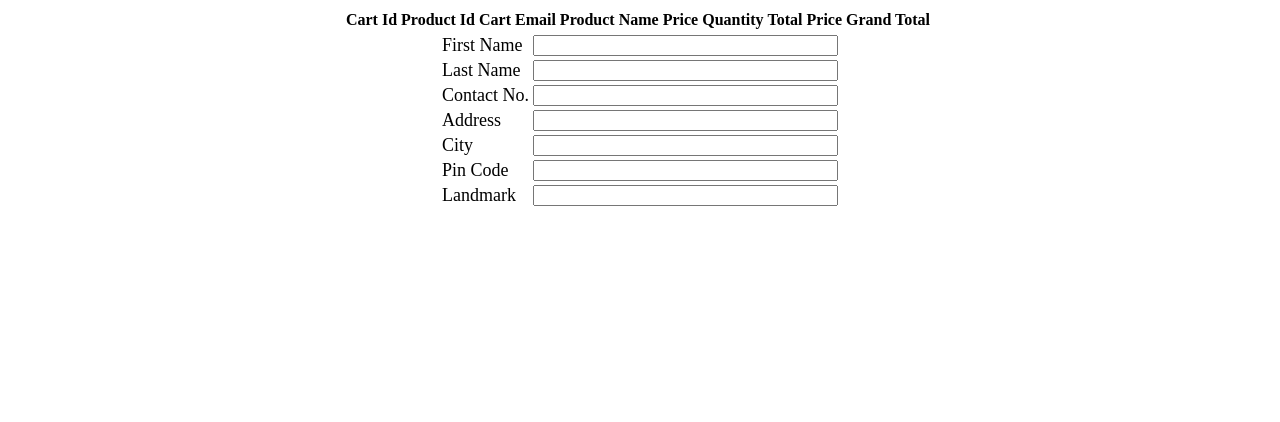
Repository: Mani02/Manideepa
Page: http://localhost/ShoppingCart/WEB-INF/view/Order.jsp
An editor plug-in stored every save of this project. The page is shown before and after the next save, followed by the edit.
The browser window is 1280 px wide. The pictures show the whole page.
The page is served by Tomcat 9. Nobody is signed in. The template is opened directly, without the code that normally fills it, so the values that code supplies are empty.

Above is the page before, as saved 2017-03-31 13:52:33.

After the next save:
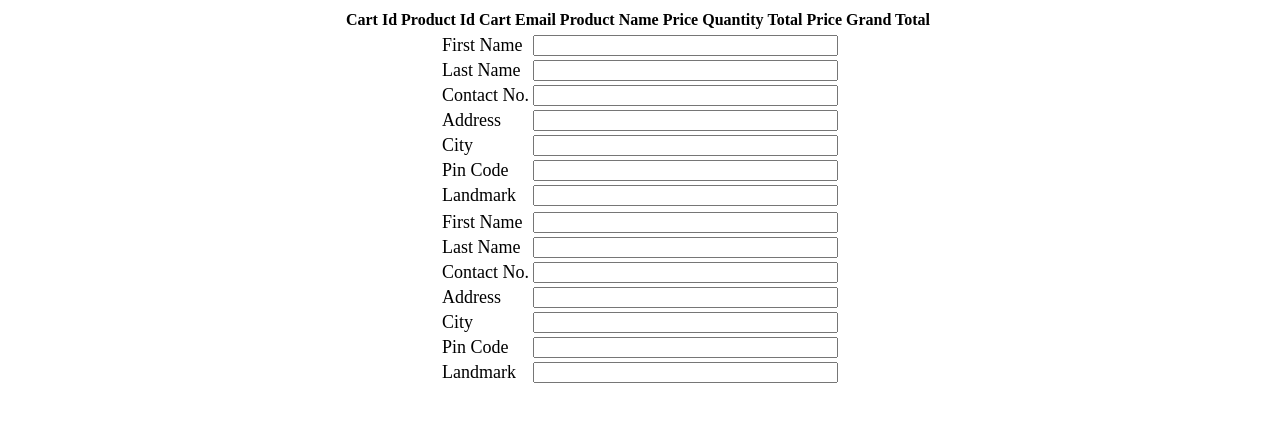
Saved 104 s later.
--- a/ShoppingCart/src/main/webapp/WEB-INF/view/Order.jsp
+++ b/ShoppingCart/src/main/webapp/WEB-INF/view/Order.jsp
@@ -77,17 +77,41 @@
 
 	</form:form>
 
-	<table>
-		<tr>
-			<td></td>
-		</tr>
-	</table>
+			<form:form method="post" >
+				<table id="shipping">
+					<tr>
+						<td><font size="4">First Name</font></td>
+						<td><input type="text" name="firstname" size="35"></td>
+					</tr>
+					<tr>
+						<td><font size="4">Last Name</font></td>
+						<td><input type="text" name="lastname" size="35"></td>
+					</tr>
+					<tr>
+						<td><font size="4">Contact No.</font></td>
+						<td><input type="text" name="contactNo" size="35"></td>
+					</tr>
+					<tr>
+						<td><font size="4">Address</font></td>
+						<td><input type="text" name="address" size="35"></td>
+					</tr>
+					<tr>
+						<td><font size="4">City</font></td>
+						<td><input type="text" name="city" size="35"></td>
+					</tr>
+					<tr>
+						<td><font size="4">Pin Code</font></td>
+						<td><input type="text" name="pincode" size="35"></td>
+					</tr>
+					<tr>
+						<td><font size="4">Landmark</font></td>
+						<td><input type="text" name="landmark" size="35"></td>
+					</tr>
 
-	<table>
-		<tr>
-			<td></td>
-		</tr>
-	</table>
+				</table>
+
+	</form:form>
+
 	</center>
 
 </body>
